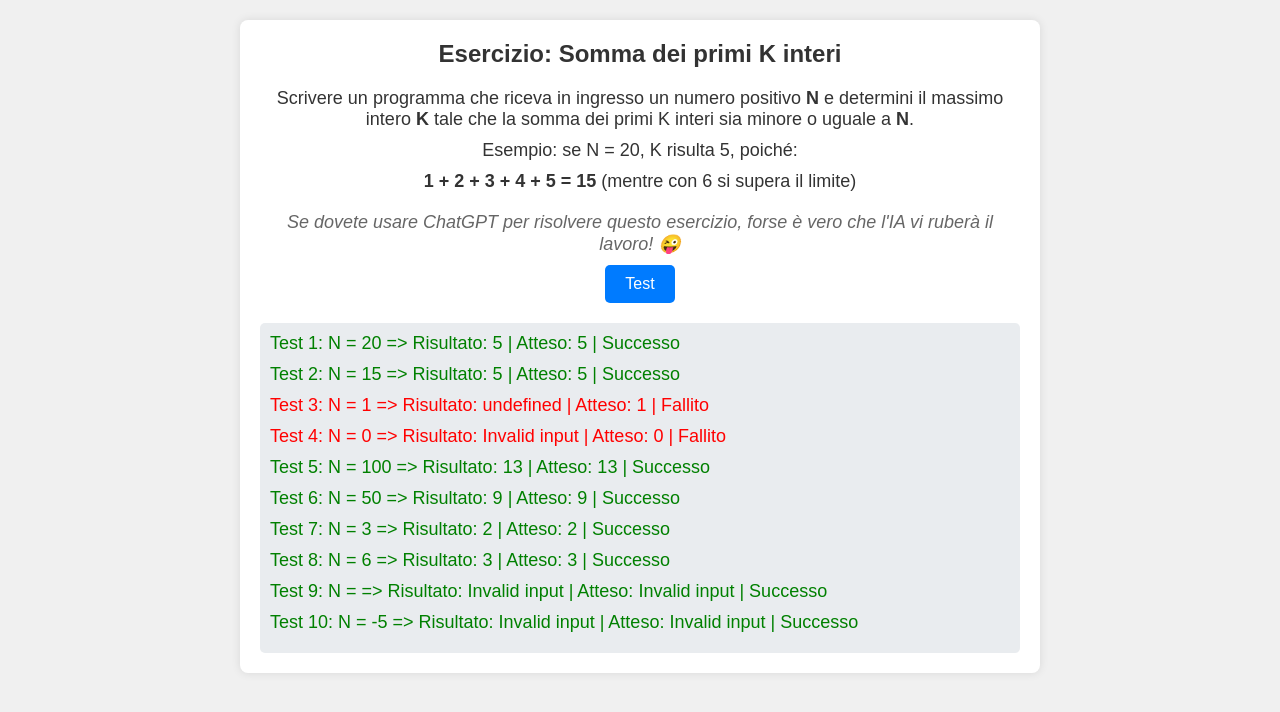
Repository: JoseManuel-Feliz/merenda1
Page: index.html
These files come from the project's save history. The page is drawn as it stood at one moment and after the next save; the edit follows.
The browser window is 1280 px wide. The pictures show the whole page.
After loading, the first visible `#run-tests` was clicked once.

Above is the page before, as saved 2024-10-01 16:57:42.

### index.html
<!DOCTYPE html>
<html lang="it">

<head>
    <meta charset="UTF-8">
    <meta name="viewport" content="width=device-width, initial-scale=1.0">
    <title>Esercizio Somma di K Interi</title>
    <link rel="stylesheet" href="style.css">
</head>

<body>
    <div class="container">
        <h1>Esercizio: Somma dei primi K interi</h1>
        <p>
            Scrivere un programma che riceva in ingresso un numero positivo <strong>N</strong>
            e determini il massimo intero <strong>K</strong> tale che la somma dei primi K interi
            sia minore o uguale a <strong>N</strong>.
        </p>
        <p>Esempio: se N = 20, K risulta 5, poiché:</p>
        <p><strong>1 + 2 + 3 + 4 + 5 = 15</strong> (mentre con 6 si supera il limite)</p>
        <p style="margin-top: 20px; font-style: italic; color: #666;">
            Se dovete usare ChatGPT per risolvere questo esercizio, forse è vero che l'IA vi ruberà il lavoro! 😜
        </p>

        <button id="run-tests">Test</button>
        <div id="results"></div>
    </div>
    <script src="merenda.js"></script>
    <script src="script.js"></script>
</body>

</html>

### style.css
* {
    box-sizing: border-box;
    margin: 0;
    padding: 0;
}

body {
    font-family: Arial, sans-serif;
    background-color: #f0f0f0;
    color: #333;
    padding: 20px;
}

.container {
    max-width: 800px;
    margin: 0 auto;
    padding: 20px;
    background-color: #fff;
    border-radius: 8px;
    box-shadow: 0 0 10px rgba(0, 0, 0, 0.1);
    text-align: center;
}

h1 {
    font-size: 24px;
    margin-bottom: 20px;
}

p {
    font-size: 18px;
    margin-bottom: 10px;
}

button {
    padding: 10px 20px;
    font-size: 16px;
    border: none;
    background-color: #007bff;
    color: #fff;
    border-radius: 5px;
    cursor: pointer;
}

button:hover {
    background-color: #0056b3;
}

#results {
    margin-top: 20px;
    padding: 10px;
    background-color: #e9ecef;
    border-radius: 5px;
    text-align: left;
}

### merenda.js
function sommaInteri(N) {
    let somma = 0;
    let count = 0;

    if (N < 0 || !N) {
        return 'Invalid input';
    }
    for (let i = 1; i <= N; i++) {
        if (somma + i > N) {
            return count;
        }
        somma += i;
        console.log(somma)
        count++;
        console.log(count)
    }
}

### script.js
document.getElementById('run-tests').addEventListener('click', function () {
    const resultsContainer = document.getElementById('results');
    resultsContainer.innerHTML = '';

    const testCases = [
        { N: 20, expected: 5 },
        { N: 15, expected: 5 },
        { N: 1, expected: 1 },
        { N: 0, expected: 0 },
        { N: 100, expected: 13 },
        { N: 50, expected: 9 },
        { N: 3, expected: 2 },
        { N: 6, expected: 3 },
        { N: '', expected: 'Invalid input' },
        { N: -5, expected: 'Invalid input' },
    ];

    testCases.forEach((test, index) => {
        try {
            const result = sommaInteri(test.N);
            const passed = result === test.expected;
            const message = `Test ${index + 1}: N = ${test.N} => Risultato: ${result} | Atteso: ${test.expected} | ${passed ? 'Successo' : 'Fallito'}`;
            const resultElement = document.createElement('p');
            resultElement.textContent = message;
            resultElement.style.color = passed ? 'green' : 'red';
            resultsContainer.appendChild(resultElement);
        } catch (error) {
            const message = `Test ${index + 1}: N = ${test.N} ha generato un errore: ${error.message}`;
            const resultElement = document.createElement('p');
            resultElement.textContent = message;
            resultElement.style.color = 'red';
            resultsContainer.appendChild(resultElement);
        }
    });
});

After the next save:
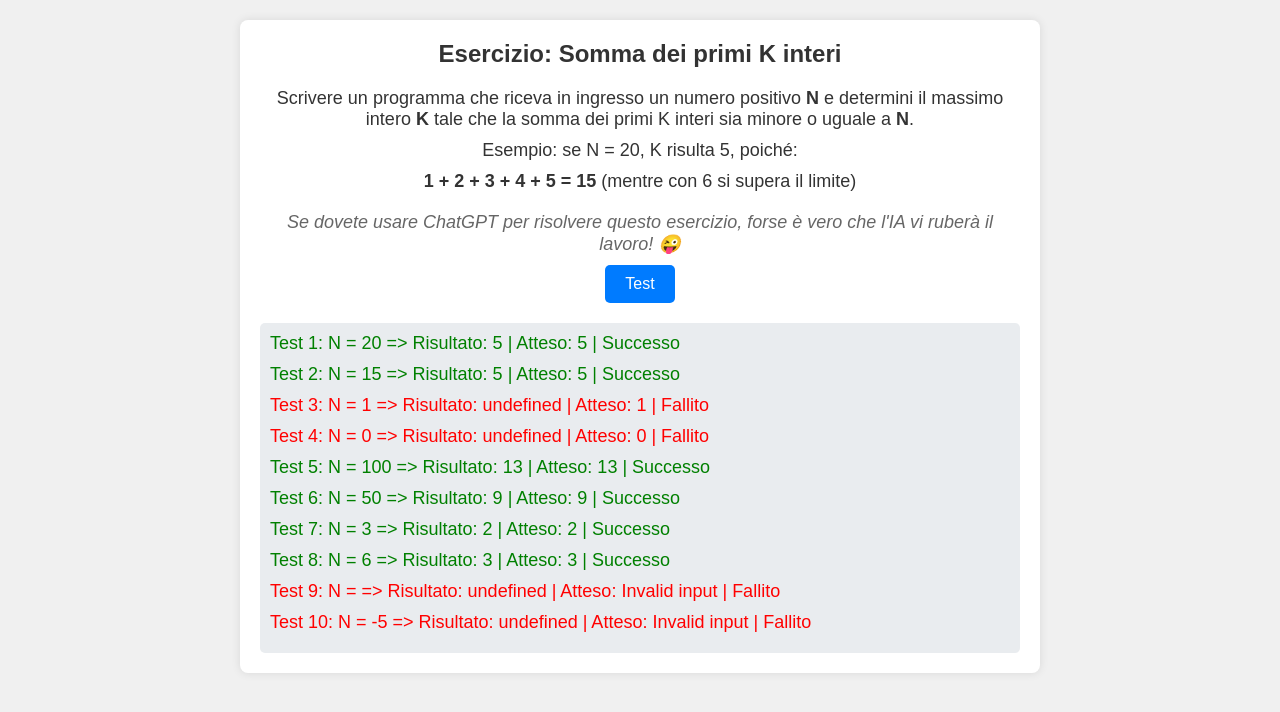
Saved 47 s later.
--- a/merenda.js
+++ b/merenda.js
@@ -2,10 +2,10 @@
     let somma = 0;
     let count = 0;
 
-    if (N < 0 || !N) {
-        return 'Invalid input';
-    }
     for (let i = 1; i <= N; i++) {
+        if (N < 0) {
+            return 'Invalid input';
+        }
         if (somma + i > N) {
             return count;
         }

After the save that followed:
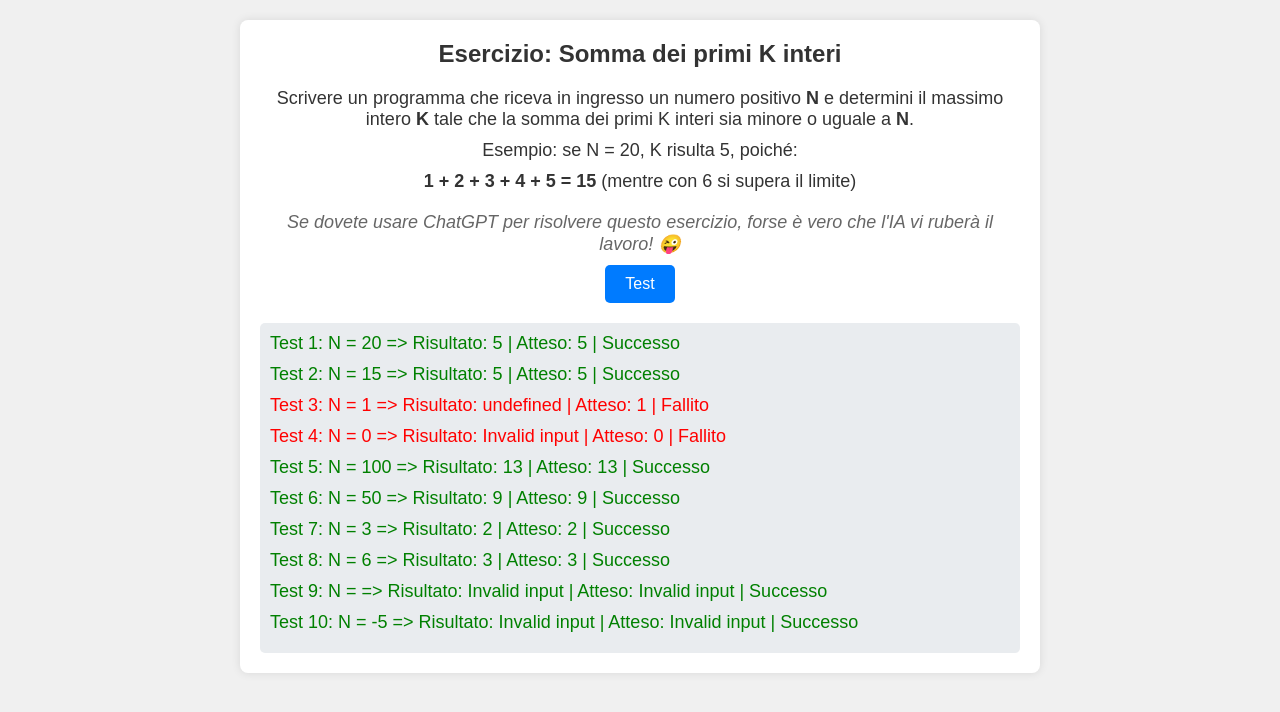
Saved 3 min 22 s later.
--- a/merenda.js
+++ b/merenda.js
@@ -2,10 +2,10 @@
     let somma = 0;
     let count = 0;
 
+    if (N < 0 || !N) {
+        return 'Invalid input';
+    }
     for (let i = 1; i <= N; i++) {
-        if (N < 0) {
-            return 'Invalid input';
-        }
         if (somma + i > N) {
             return count;
         }
